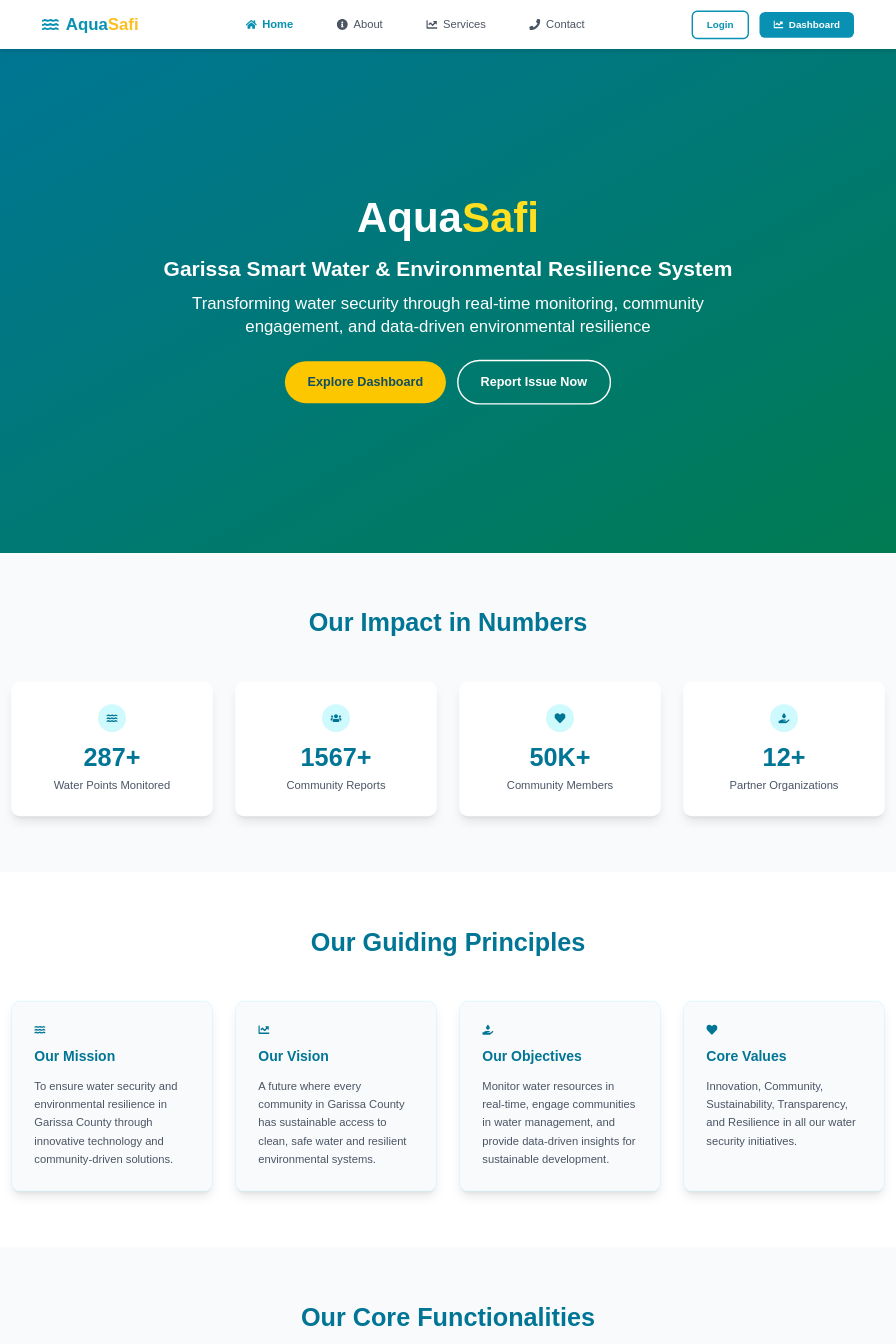
Repository: ibro-pro/AquaSafi-Garissa-county-Smart-water
Page: / (app in frontend/)
The author's editor kept a copy of each file at every save. The page is drawn from the files as they stood at one save, then again after the next save.
The browser window is 1280 px wide. The pictures show the part of the page from y = 0 to 1920 px (the page is 4853 px tall), at 70% of full size.
The project was rebuilt for these pictures with package versions that can differ from the ones it lists, and the page was loaded fresh each time. Also part of the build but not shown: frontend/src/pages/About.jsx, frontend/src/pages/Services.jsx, frontend/src/pages/Contact.jsx, frontend/src/components/CleanLoginPopup.jsx, frontend/src/components/UserDashboard.jsx.

Above is the page before, as saved 2025-09-30 22:02:05.

After the next save:
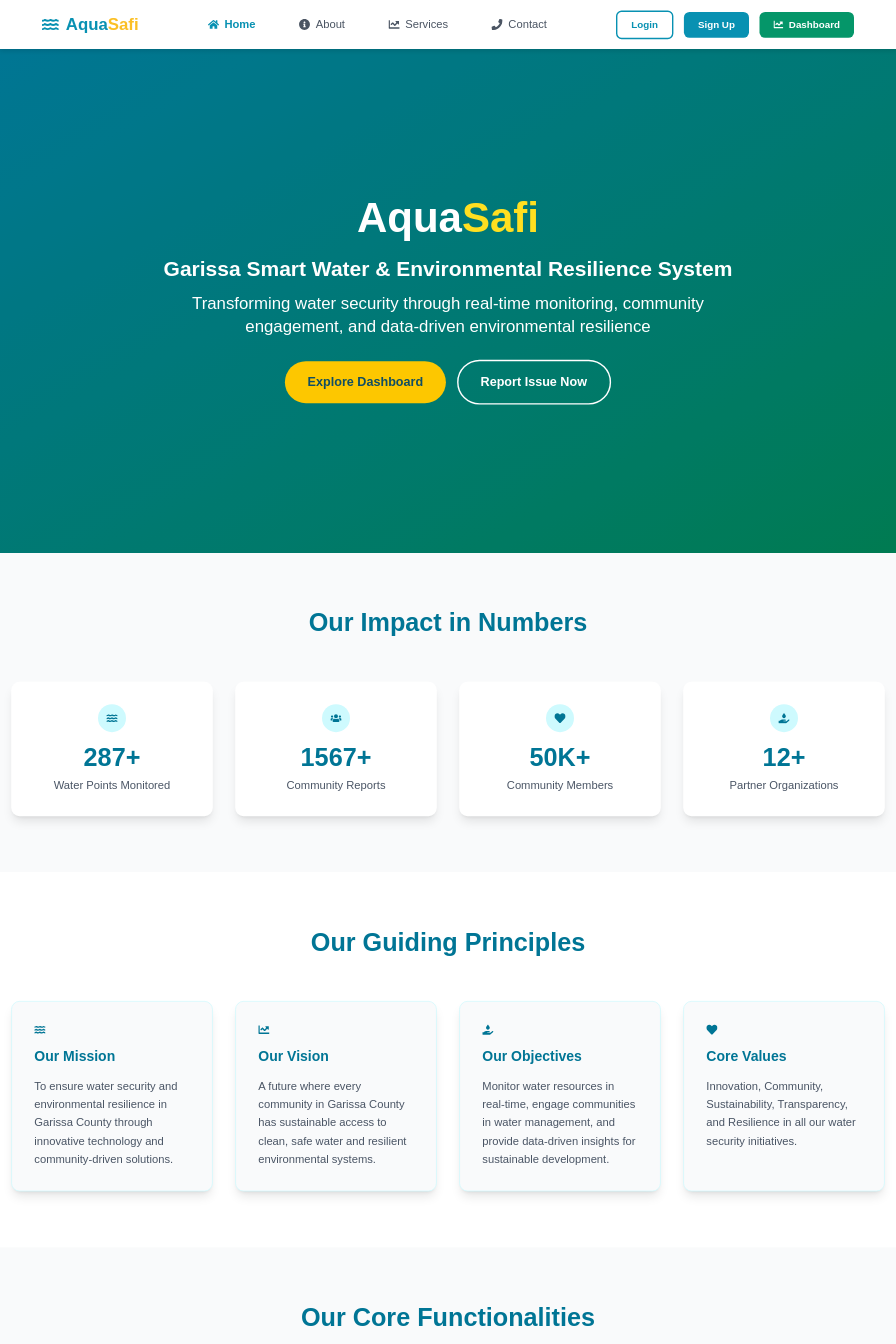
Saved 2 min 18 s later.
--- a/frontend/src/components/CleanNavbar.jsx
+++ b/frontend/src/components/CleanNavbar.jsx
@@ -9,7 +9,6 @@
   FaInfoCircle,
   FaPhone,
   FaChartLine,
-  FaUsers,
   FaCog
 } from 'react-icons/fa';
 
@@ -146,10 +145,32 @@
             >
               Login
             </button>
+            <button
+              onClick={openLogin}
+              style={{
+                backgroundColor: '#0891b2',
+                color: 'white',
+                border: 'none',
+                padding: '8px 20px',
+                borderRadius: '8px',
+                fontSize: '14px',
+                fontWeight: '600',
+                cursor: 'pointer',
+                transition: 'all 0.3s ease'
+              }}
+              onMouseOver={(e) => {
+                e.target.style.backgroundColor = '#0e7490';
+              }}
+              onMouseOut={(e) => {
+                e.target.style.backgroundColor = '#0891b2';
+              }}
+            >
+              Sign Up
+            </button>
             <Link
               to="/dashboard"
               style={{
-                backgroundColor: '#0891b2',
+                backgroundColor: '#059669',
                 color: 'white',
                 padding: '8px 20px',
                 borderRadius: '8px',
@@ -162,10 +183,10 @@
                 gap: '8px'
               }}
               onMouseOver={(e) => {
-                e.target.style.backgroundColor = '#0e7490';
+                e.target.style.backgroundColor = '#047857';
               }}
               onMouseOut={(e) => {
-                e.target.style.backgroundColor = '#0891b2';
+                e.target.style.backgroundColor = '#059669';
               }}
             >
               <FaChartLine />
@@ -248,11 +269,27 @@
                 >
                   Login
                 </button>
+                <button
+                  onClick={openLogin}
+                  style={{
+                    backgroundColor: '#0891b2',
+                    color: 'white',
+                    border: 'none',
+                    padding: '12px 20px',
+                    borderRadius: '8px',
+                    fontSize: '16px',
+                    fontWeight: '600',
+                    cursor: 'pointer',
+                    transition: 'all 0.3s ease'
+                  }}
+                >
+                  Sign Up
+                </button>
                 <Link
                   to="/dashboard"
                   onClick={closeMenu}
                   style={{
-                    backgroundColor: '#0891b2',
+                    backgroundColor: '#059669',
                     color: 'white',
                     padding: '12px 20px',
                     borderRadius: '8px',
@@ -279,7 +316,9 @@
       <div style={{ height: '70px' }}></div>
 
       {/* Login Popup */}
-      <CleanLoginPopup isOpen={isLoginOpen} onClose={closeLogin} />
+      {isLoginOpen && (
+        <CleanLoginPopup isOpen={isLoginOpen} onClose={closeLogin} />
+      )}
 
       {/* Responsive CSS */}
       <style>{`
